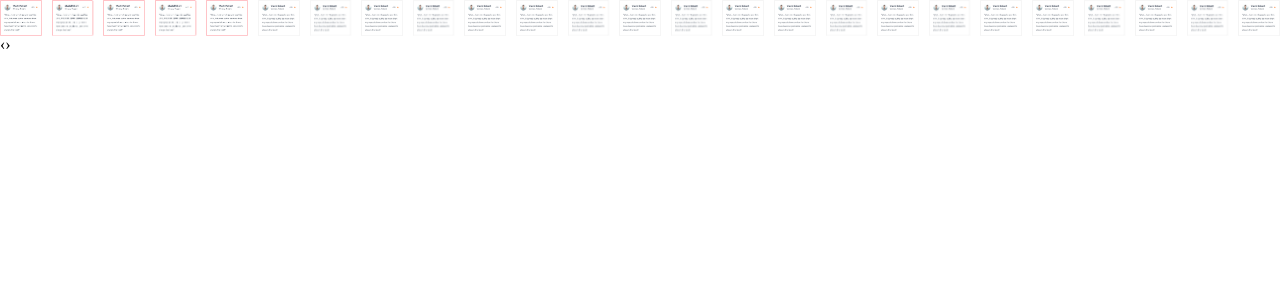
Repository: thefellowshiplotr/owl_carousel
Page: index.html
An editor plug-in stored every save of this project. The page is shown before and after the next save, followed by the edit.
The browser window is 1280 px wide. The pictures show the whole page.

Above is the page before, as saved 2022-11-01 10:21:08.

After the next save:
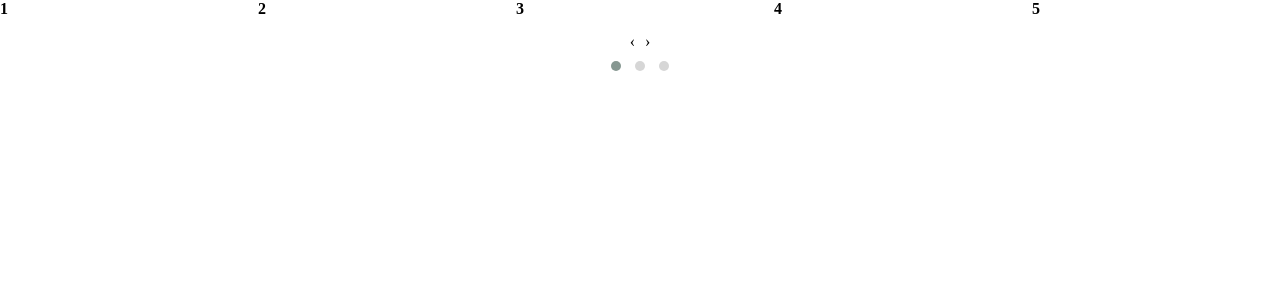
Saved 71 s later.
--- a/index.html
+++ b/index.html
@@ -25,7 +25,7 @@
   </head>
   <body>
     <!-- Set up your HTML -->
-    <div class="owl-carousel">
+    <!-- <div class="owl-carousel">
       <div class="owl-carousel owl-theme">
         <img src="./imgs/img1.png" alt="" />
       </div>
@@ -56,6 +56,20 @@
       <div class="owl-carousel owl-theme">
         <img src="./imgs/img2.png" alt="" />
       </div>
+    </div> -->
+    <div class="owl-carousel owl-theme">
+      <div class="item"><h4>1</h4></div>
+      <div class="item"><h4>2</h4></div>
+      <div class="item"><h4>3</h4></div>
+      <div class="item"><h4>4</h4></div>
+      <div class="item"><h4>5</h4></div>
+      <div class="item"><h4>6</h4></div>
+      <div class="item"><h4>7</h4></div>
+      <div class="item"><h4>8</h4></div>
+      <div class="item"><h4>9</h4></div>
+      <div class="item"><h4>10</h4></div>
+      <div class="item"><h4>11</h4></div>
+      <div class="item"><h4>12</h4></div>
     </div>
     <script src="jquery.min.js"></script>
     <script src="owlcarousel/owl.carousel.min.js"></script>

After the 4 saves that followed:
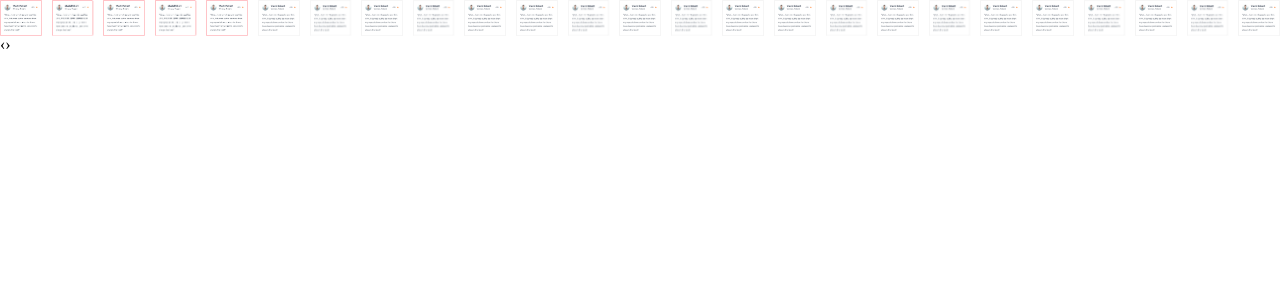
The 4 saves are shown as one change because 3 left the picture as it was.
The last was saved 14 min 21 s later.
--- a/index.html
+++ b/index.html
@@ -5,27 +5,13 @@
     <meta http-equiv="X-UA-Compatible" content="IE=edge" />
     <meta name="viewport" content="width=device-width, initial-scale=1.0" />
     <title>Card with sliding featuress</title>
-    <!--CDJ JS Fontawsome-->
-    <link
-      rel="stylesheet"
-      href="https://cdnjs.cloudflare.com/ajax/libs/font-awesome/6.2.0/css/all.min.css"
-      integrity="sha512-xh6O/CkQoPOWDdYTDqeRdPCVd1SpvCA9XXcUnZS2FmJNp1coAFzvtCN9BmamE+4aHK8yyUHUSCcJHgXloTyT2A=="
-      crossorigin="anonymous"
-      referrerpolicy="no-referrer"
-    />
-    <link rel="preconnect" href="https://fonts.googleapis.com" />
-    <link rel="preconnect" href="https://fonts.gstatic.com" crossorigin />
-    <link
-      href="https://fonts.googleapis.com/css2?family=Poppins:wght@300;400;500;600;700&display=swap"
-      rel="stylesheet"
-    />
     <link rel="stylesheet" href="owlcarousel/owl.carousel.min.css" />
     <link rel="stylesheet" href="owlcarousel/owl.theme.default.min.css" />
     <link rel="stylesheet" href="style.css" />
   </head>
   <body>
     <!-- Set up your HTML -->
-    <!-- <div class="owl-carousel">
+    <div class="owl-carousel">
       <div class="owl-carousel owl-theme">
         <img src="./imgs/img1.png" alt="" />
       </div>
@@ -56,8 +42,8 @@
       <div class="owl-carousel owl-theme">
         <img src="./imgs/img2.png" alt="" />
       </div>
-    </div> -->
-    <div class="owl-carousel owl-theme">
+    </div>
+    <!-- <div class="owl-carousel owl-theme">
       <div class="item"><h4>1</h4></div>
       <div class="item"><h4>2</h4></div>
       <div class="item"><h4>3</h4></div>
@@ -70,7 +56,7 @@
       <div class="item"><h4>10</h4></div>
       <div class="item"><h4>11</h4></div>
       <div class="item"><h4>12</h4></div>
-    </div>
+    </div> -->
     <script src="jquery.min.js"></script>
     <script src="owlcarousel/owl.carousel.min.js"></script>
     <script>
--- a/style.css
+++ b/style.css
@@ -31,9 +31,6 @@ img {
   max-width: 100%;
 }
 
-.body {
-  font-family: "Poppins", sans-serif;
-}
 .owl-carousel {
   display: flex;
   align-items: center;
